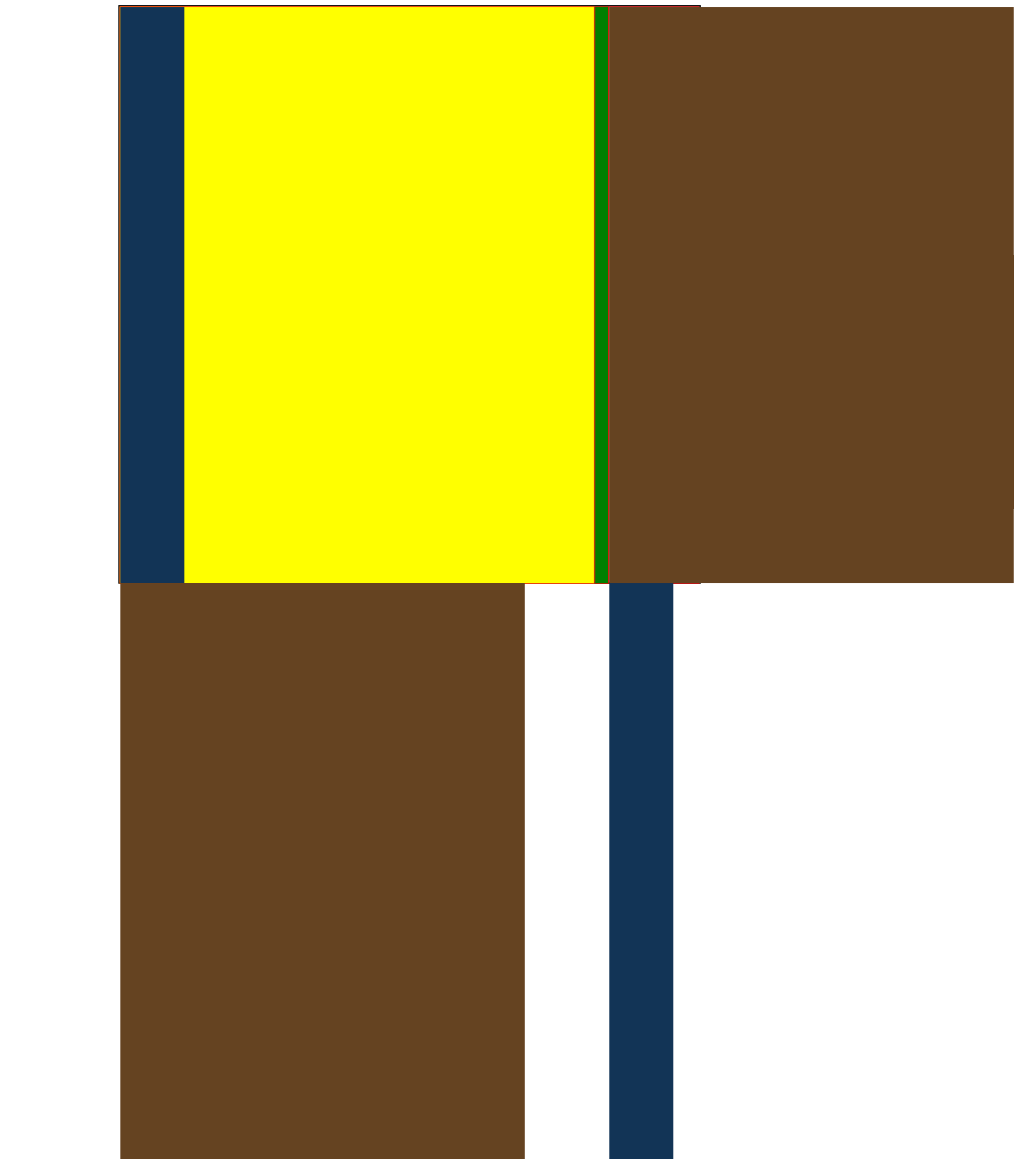
Repository: gabr/php_elicpse_workspace
Page: dwudzielna strona - test/index.html
These files come from the project's save history. The page is drawn as it stood at one moment and after the next save; the edit follows.
The browser window is 1280 px wide. The page is 1584 px wide, then 1280 px, then 1584 px, so the pictures cover 1584 px, including what lies to the right of the window. The pictures show the whole page, at 64% of full size.

Above is the page before, as saved 2013-02-28 14:46:57.

### dwudzielna strona - test/index.html
<!DOCTYPE html PUBLIC "-//W3C//DTD HTML 4.01 Transitional//EN" "http://www.w3.org/TR/html4/loose.dtd">
<html>
<head>
<link rel="stylesheet" href="style.css">
<script src="jquery-1.9.1.js"></script>
<script src="skrypt.js"></script>
<meta http-equiv="Content-Type" content="text/html; charset=UTF-8">
<title>dwudzielna strona</title>
</head>
<body>

    <div id="strona">
        <div id="lewa">
            <div class="panel"></div>
            <div class="tresc"></div>
        </div>
        <div id="przycisk"></div>
        <div id="prawa">
            <div class="tresc"></div>
            <div class="panel"></div>
        </div>
    </div>

</body>
</html>

### dwudzielna strona - test/style.css
@CHARSET "UTF-8";

#strona {
  border: 2px solid black;
  width: 906px;
  height: 900px;
  margin: 0 auto;
  background-color: #aaa;
}

#lewa {
  border: 1px solid red;
  width: 740px;
  height: 900px;
  float: left;
  background-color: yellow;
}

#prawa {
  border: 1px solid red;
  width: 140px;
  height: 900px;
  float: left;
  background-color: blue;
}

#przycisk {
  border: 1px solid red;
  width: 20px;
  height: 900px;
  float: left;
  background-color: green;
}

.panel {
  width: 100px;
  height: 900px;
  display: block-inline;
  background-color: #123456;
}

.tresc {
  width: 632px;
  height: 900px;
  display: block-inline;
  background-color: #654321;
}

### dwudzielna strona - test/skrypt.js
$(document).ready(function() {
	$("#przycisk").click(function() {
		if ($("#lewa").css("width") == "740px") {
			$("#lewa").animate({width: '140'});
			$("#prawa").animate({width: '740'});
		} else {
			$("#lewa").animate({width: '740'});
			$("#prawa").animate({width: '140'});
		}
	});
});

Loaded but not shown: dwudzielna strona - test/jquery-1.9.1.js (library)

After the next save:
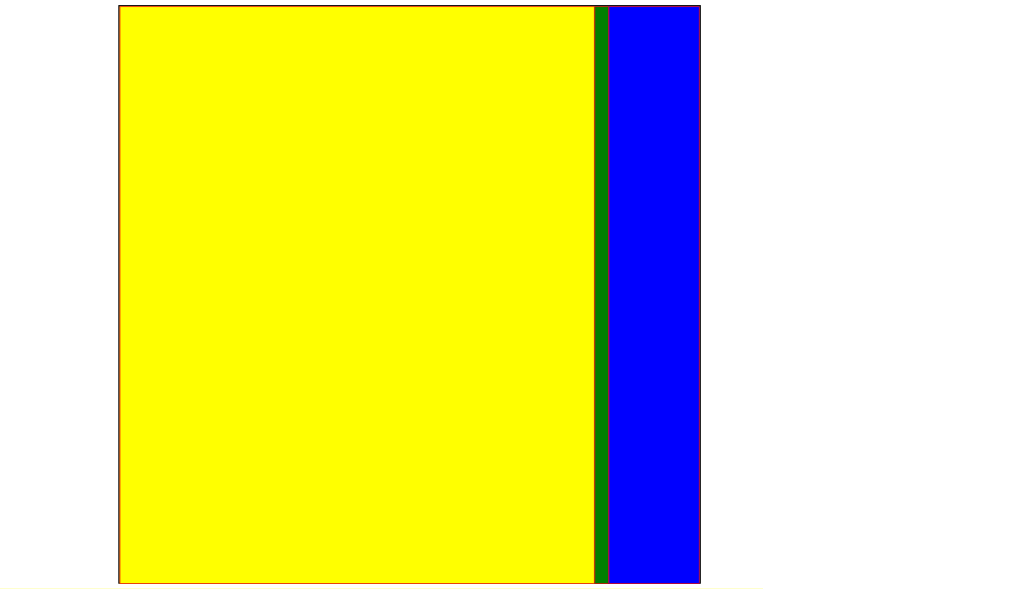
Saved 17 s later.
--- a/dwudzielna strona - test/style.css
+++ b/dwudzielna strona - test/style.css
@@ -35,13 +35,13 @@
 .panel {
   width: 100px;
   height: 900px;
-  display: block-inline;
+  display: inline;
   background-color: #123456;
 }
 
 .tresc {
   width: 632px;
   height: 900px;
-  display: block-inline;
+  display: inline;
   background-color: #654321;
 }

After the save that followed:
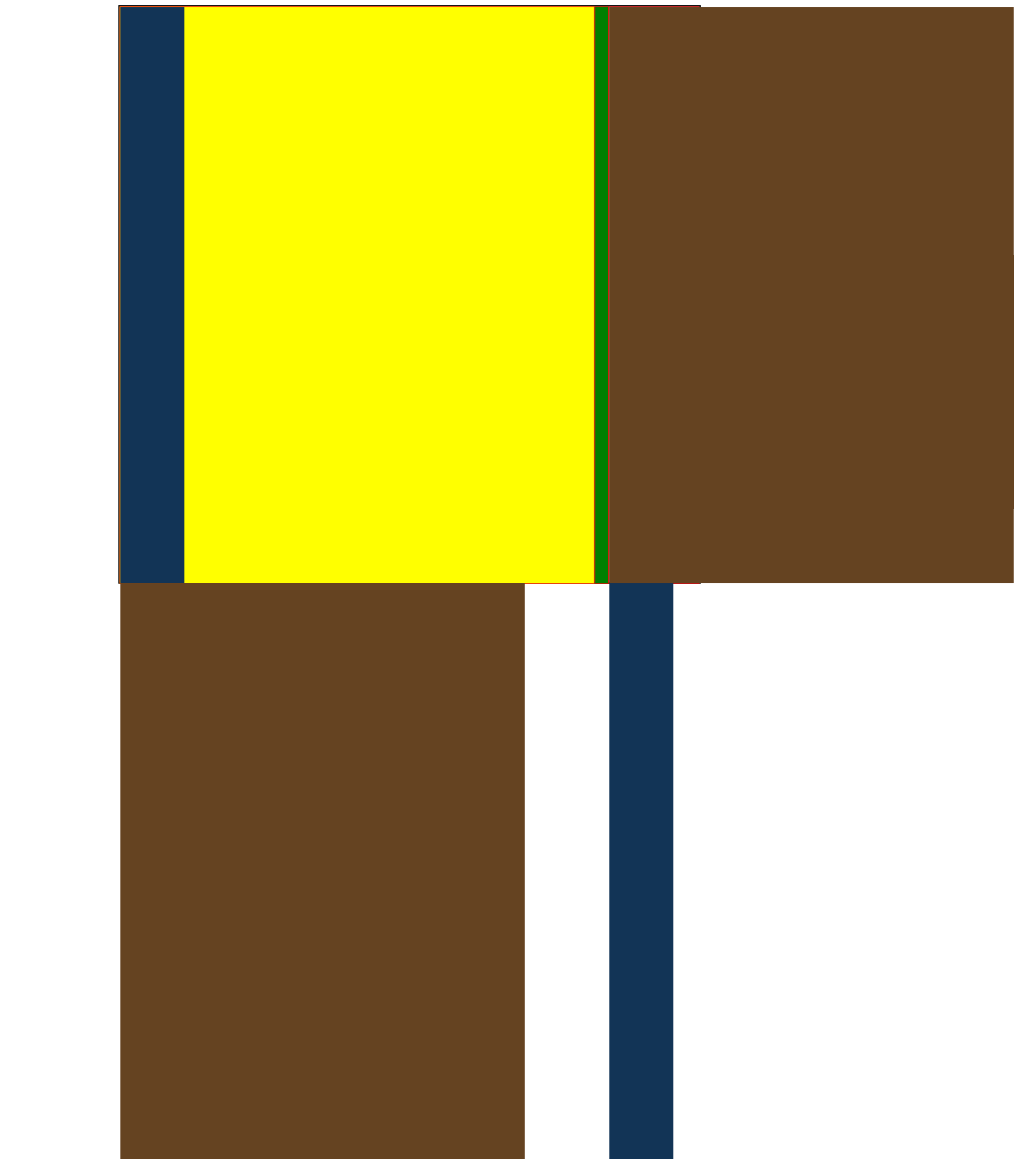
Saved 23 s later.
--- a/dwudzielna strona - test/style.css
+++ b/dwudzielna strona - test/style.css
@@ -35,13 +35,11 @@
 .panel {
   width: 100px;
   height: 900px;
-  display: inline;
   background-color: #123456;
 }
 
 .tresc {
   width: 632px;
   height: 900px;
-  display: inline;
   background-color: #654321;
 }
